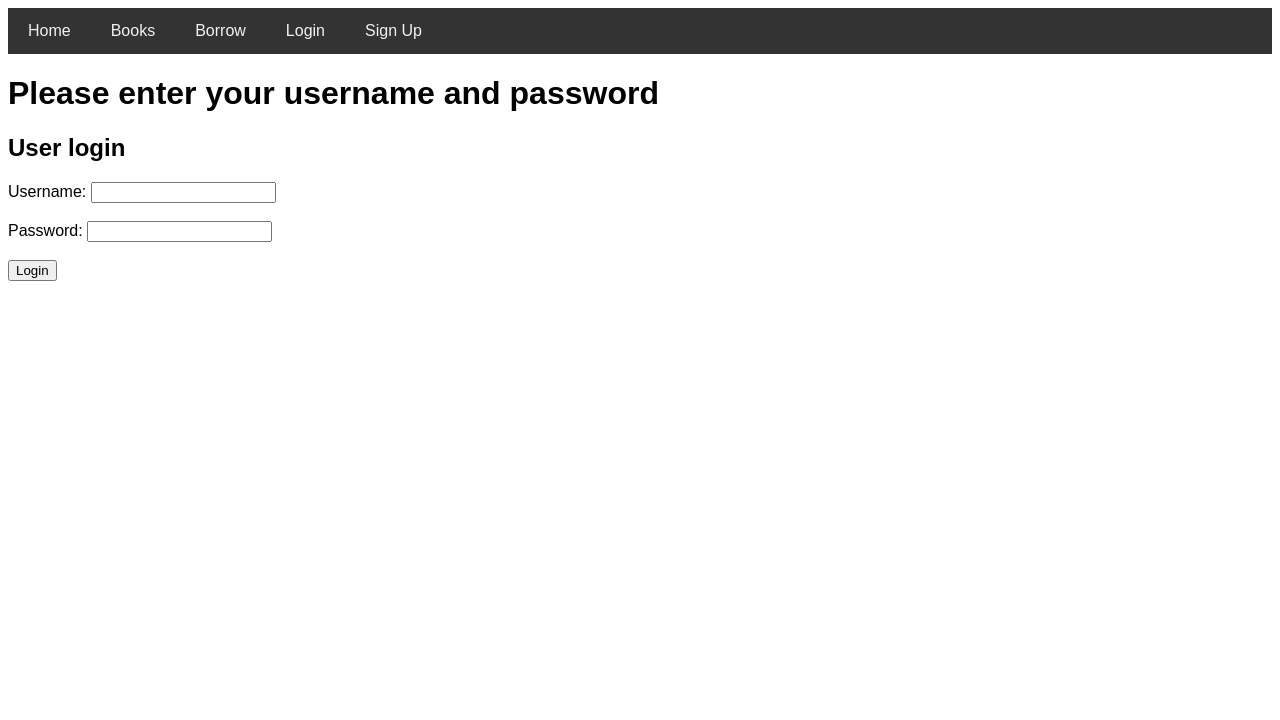
Repository: fadyesk12/Web-Technology-Course-Project
Page: auth/login.html
These files come from the project's save history. The page is drawn as it stood at one moment and after the next save; the edit follows.
The browser window is 1280 px wide. The pictures show the whole page.

Above is the page before, as saved 2024-04-19 02:42:49.

### auth/login.html
<!DOCTYPE html>
<html>
    <head>
        <title>User login</title>
        <style>
          #navbar {
            overflow: hidden;
            background-color: #333;
          }
          #navbar a {
            float: left;
            display: block;
            color: #f2f2f2;
            text-align: center;
            padding: 14px 20px;
            text-decoration: none;
          }
          #navbar a:hover {
            background-color: #ddd;
            color: black;
          }
          body {
           font-family: Arial, sans-serif;
          }
        </style>
    </head>
    <body>
          <div id="navbar">
            <a href="../index.html">Home</a>
            <a href="../book_list.html">Books</a>
            <a href="../borrow.html">Borrow</a>
            <a href="../auth/login.html">Login</a>
            <a href="../auth/signup.html">Sign Up</a>
          </div>

          <h1>Please enter your username and password</h1>
          <h2>User login</h2>

          <form>
            <label for="username">Username:</label>
            <input type="text" id = "username" name = "username" required> <br><br>
            <label for="password">Password:</label>
            <input type="password" id = "password" name = "password" required> <br><br>

            <input type="submit" value="Login">

          </form>

    </body>

</html>

After the next save:
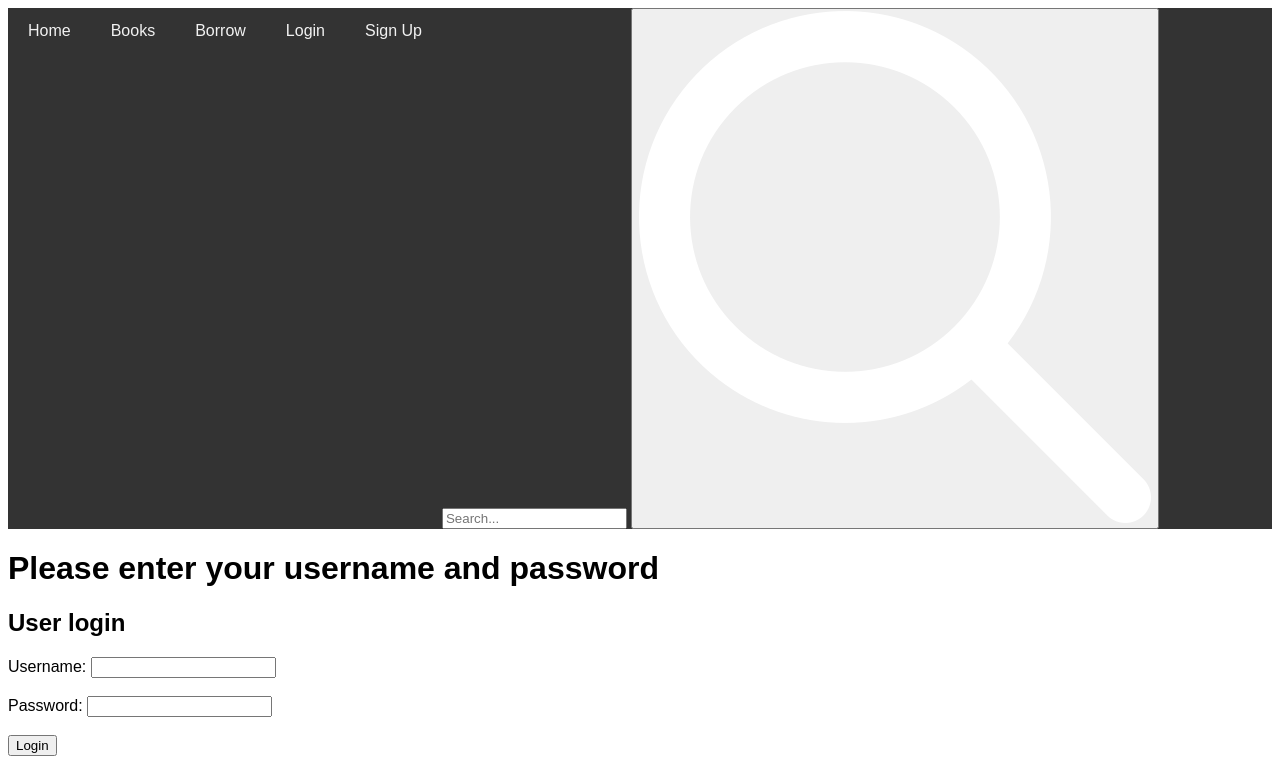
Saved 90 s later.
--- a/auth/login.html
+++ b/auth/login.html
@@ -31,6 +31,12 @@
             <a href="../borrow.html">Borrow</a>
             <a href="../auth/login.html">Login</a>
             <a href="../auth/signup.html">Sign Up</a>
+            <div class ="search">
+              <form action="" method="get">
+                <input type="text" placeholder="Search...">
+                <button type="submit"><img src="../PICS/search.png"></button>
+              </form>
+            </div>
           </div>
 
           <h1>Please enter your username and password</h1>
